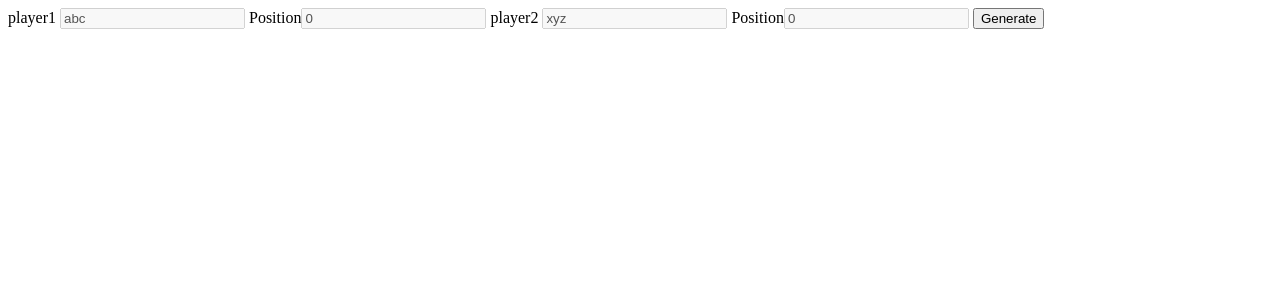
Repository: parthp17/273-Homework1
Page: Homework1/workspace/homework1/WebContent/SnakesLadders.html
The author's editor kept a copy of each file at every save. The page is drawn from the files as they stood at one save, then again after the next save.
The browser window is 1280 px wide. The pictures show the whole page.

Above is the page before, as saved 2016-09-06 17:09:45.

### Homework1/workspace/homework1/WebContent/SnakesLadders.html
<!DOCTYPE html>
<html>
<head>
<meta charset="ISO-8859-1">
<title>Object</title>
<script type="text/javascript">
var objPlayer1,objPlayer2;

function init()
{
	objPlayer1 = new Player("abc","1",0);
	objPlayer2 = new Player("xyz","2",0);

	var name1 = document.getElementById("name1");
	name1.value = objPlayer1.name;
	var name2 = document.getElementById("name2");
	name2.value = objPlayer2.name;

	var position1 = document.getElementById("position1");
	position1.value = objPlayer1.position;
	var position2 = document.getElementById("position2");
	position2.value = objPlayer2.position;
}

function Player(name, id, position)
{
	this.name = name;
	this.position = position;
	this.id = id;
}

function random()
{alert("HI");}
</script>
</head>
<body onload = "init()">
player1 <input type = "text" name = "name1" id = "name1" disabled>
Position<input type = "text" name = "positon1" id = "position1" disabled>
player2 <input type = "text" name = "name2" id = "name2" disabled>
Position<input type = "text" name = "positon2" id = "position2" disabled>
<input type="button" value="Generate" onclick="random()" id="b">
</body>
</html>

After the next save:
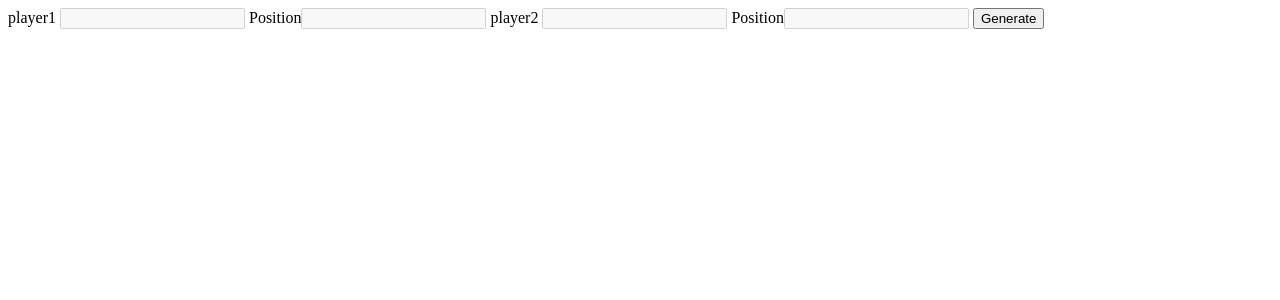
Console error: SyntaxError: Unexpected token ')'
Saved 27 s later.
--- a/Homework1/workspace/homework1/WebContent/SnakesLadders.html
+++ b/Homework1/workspace/homework1/WebContent/SnakesLadders.html
@@ -30,7 +30,20 @@
 }
 
 function random()
-{alert("HI");}
+{
+	var x = Math.floor((Math.random() * ) + 1);
+	if(turn == 1)
+		{
+		objPlayer1.position += x;
+		position1.value = objPlayer1.position;
+		turn = 2;
+		}
+	else{
+		objPlayer2.position += x;
+		position1.value = objPlayer1.position;
+		turn = 1;
+	}
+}
 </script>
 </head>
 <body onload = "init()">

After the 3 saves that followed:
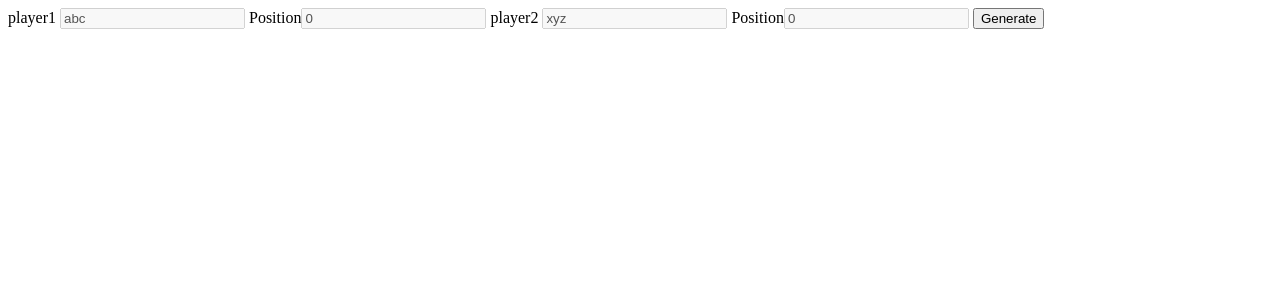
The error is gone.
The 3 saves are shown as one change because 2 left the picture as it was.
The last was saved 104 s later.
--- a/Homework1/workspace/homework1/WebContent/SnakesLadders.html
+++ b/Homework1/workspace/homework1/WebContent/SnakesLadders.html
@@ -5,7 +5,7 @@
 <title>Object</title>
 <script type="text/javascript">
 var objPlayer1,objPlayer2;
-
+var turn;
 function init()
 {
 	objPlayer1 = new Player("abc","1",0);
@@ -30,20 +30,7 @@
 }
 
 function random()
-{
-	var x = Math.floor((Math.random() * ) + 1);
-	if(turn == 1)
-		{
-		objPlayer1.position += x;
-		position1.value = objPlayer1.position;
-		turn = 2;
-		}
-	else{
-		objPlayer2.position += x;
-		position1.value = objPlayer1.position;
-		turn = 1;
-	}
-}
+{alert("HI");}
 </script>
 </head>
 <body onload = "init()">
